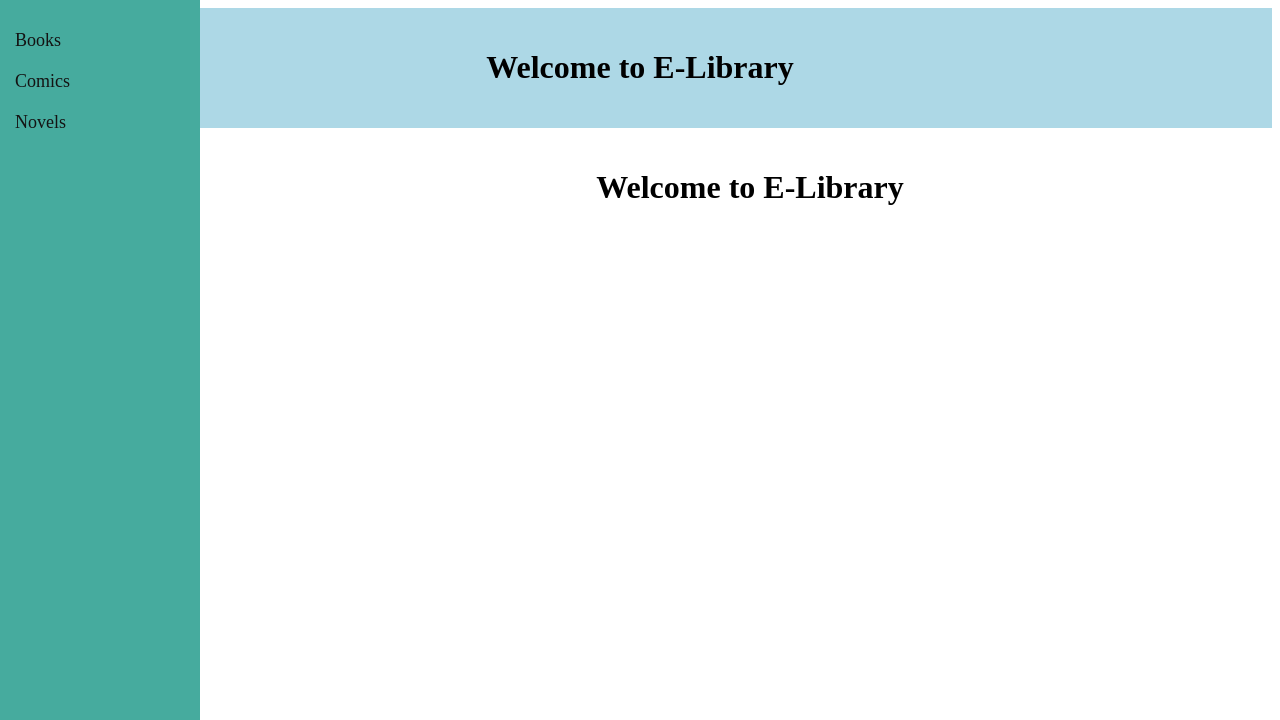
Repository: TejasS1233/MINITHON-hackathon-project
Page: Rishit.html
An editor plug-in stored every save of this project. The page is shown before and after the next save, followed by the edit.
The browser window is 1280 px wide. The pictures show the whole page.

Above is the page before, as saved 2024-09-20 09:35:15.

### Rishit.html
<!DOCTYPE html>
<html lang="en">
<head>
    <meta charset="UTF-8">
    <meta name="viewport" content="width=device-width, initial-scale=1.0">
    <title>E-Library</title>
    <style>
        header {
            background-color: lightblue;
            text-align: center;
            padding: 20px;
        }

        .sidebar {
            height: 100%;
            width: 200px;
            position: fixed;
            top: 0;
            left: 0;
            background-color: #46ab9e;
            padding-top: 20px;
        }
        .sidebar a {
            padding: 10px 15px;
            text-decoration: none;
            font-size: 18px;
            color: #141313;
            display: block;
        }
        .sidebar a:hover {
            background-color: #306899;
        }

        .content {
            margin-left: 220px;
            padding: 20px;
        }

        h1.centered {
            text-align: center;
        }
    </style>
</head>
<body>
    <header>
        <h1>Welcome to E-Library</h1>
    </header>

    <!-- Sidebar -->
    <div class="sidebar">
        <a href="#">Books</a>
        <a href="#">Comics</a>
        <a href="novels.html">Novels</a>
    </div>

    <!-- Main content -->
    <div class="content">
        <h1 class="centered"><b>Welcome to E-Library</b></h1>
    </div>
</body>
</html>

After the next save:
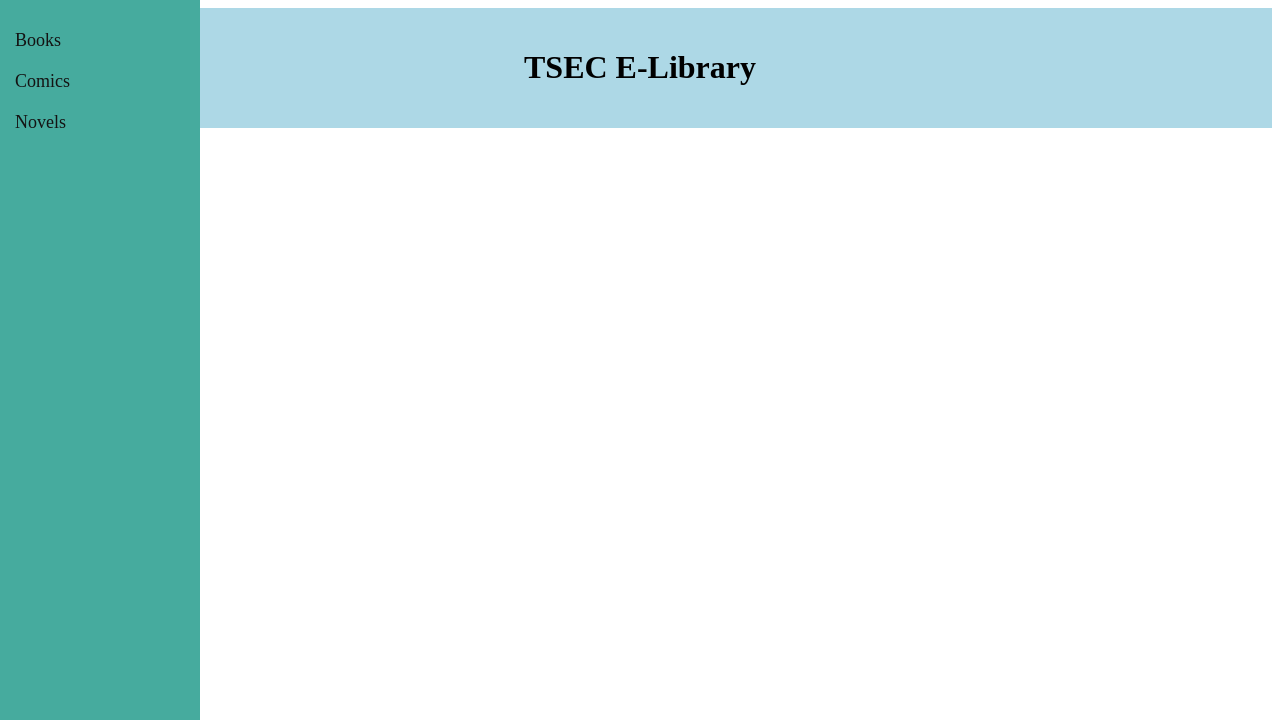
Saved 31 s later.
--- a/Rishit.html
+++ b/Rishit.html
@@ -43,7 +43,7 @@
 </head>
 <body>
     <header>
-        <h1>Welcome to E-Library</h1>
+        <h1>TSEC E-Library</h1>
     </header>
 
     <!-- Sidebar -->
@@ -55,7 +55,6 @@
 
     <!-- Main content -->
     <div class="content">
-        <h1 class="centered"><b>Welcome to E-Library</b></h1>
     </div>
 </body>
 </html>
